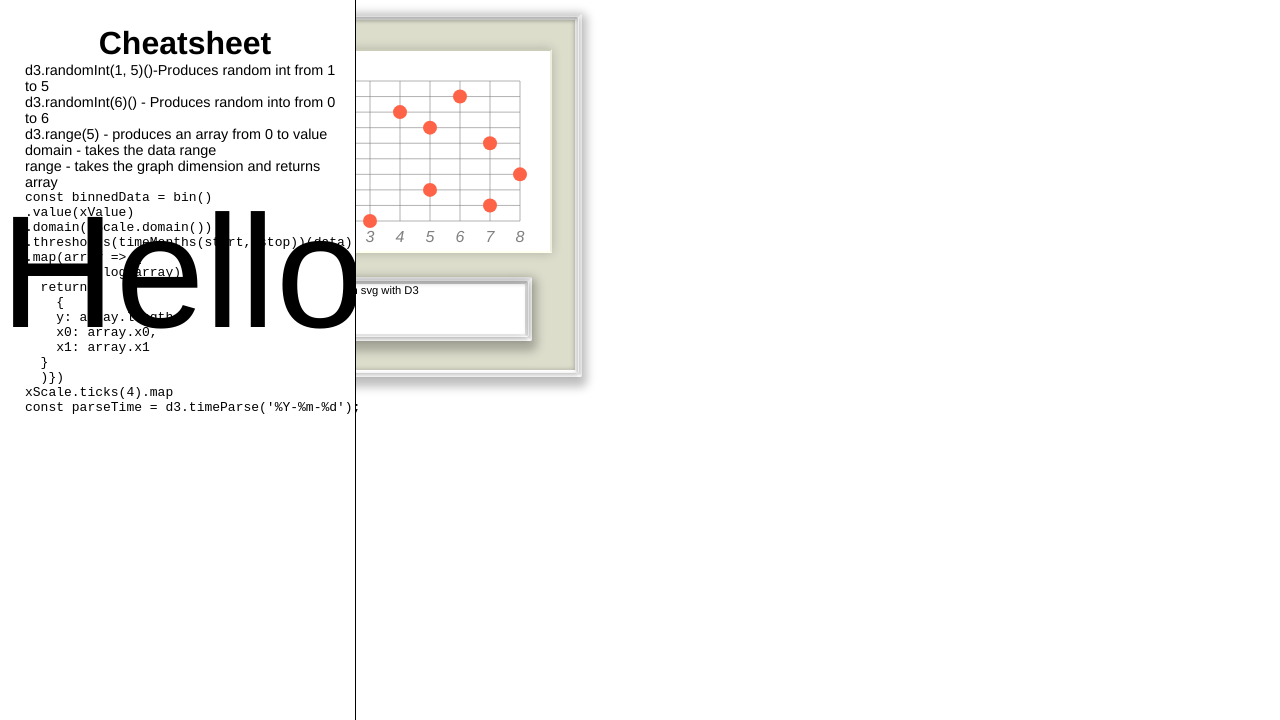
Repository: Lewisjohnward/100-days-of-d3
Page: /
An editor plug-in stored every save of this project. The page is shown before and after a run of saves, followed by the edit.
The browser window is 1280 px wide. The pictures show the whole page.
The page's requests for data from a server got no answer. An inner scrolling area shows only its first screen. The project was rebuilt for these pictures with package versions that can differ from the ones it lists, and the page was loaded fresh each time. No one was signed in, and anything a server would have sent is missing. Also part of the build but not shown: src/charts/chart2/useGetData.js, src/charts/chart2/styles.js, src/charts/chart2/Chart.js, src/charts/chart3/useGetData.js, src/charts/chart3/styles.js, src/charts/chart3/Chart.js, src/charts/chart4/useGetData.js, src/charts/chart4/styles.js and 4 more.

Above is the page before, as saved 2021-10-20 15:22:47.

### src/App.js
import styled from "styled-components";
import { Chart1, Chart2, Chart3, Chart4, Chart5 } from "./charts/index.js";
import { Hello } from "./components/HelloD3";
import { Navbar } from "./components/Navbar.js";

const BodyContainer = styled.div`
  position: relative;
  z-index: 99;
  display: flex;
  height: ${({ height }) => height}px;
  overflow: hidden;
`;

const ChartGrid = styled.div`
  width: 75%;
  display: grid;
  overflow: scroll;
  grid-template-columns: repeat(3, 400px);
  grid-template-rows: repeat(2, 400px);
  justify-content: center;
  align-items: start;
  align-content: start;
  grid-gap: 0px;
  border-left: 1px solid black;
  padding: 1%;
`;



const height = window.innerHeight;

function App() {
  return (
    <BodyContainer height={height}>
      <Hello />
      <Navbar />
      <ChartGrid>
        <Chart1 />
        <Chart2 />
        <Chart2 />
        <Chart3 />
        <Chart4 />
        <Chart5 />
      </ChartGrid>
    </BodyContainer>
  );
}

export default App;

### src/index.css
*{
    margin: 0;
    padding: 0;
}

body {
    font-family: Helvetica, "Trebuchet MS", Verdana, sans-serif;
}

### src/charts/index.js
export { Test as Chart1} from "./chart1/Chart"
export { Chart as Chart2} from "./chart2/Chart"
export { Chart as Chart3} from "./chart3/Chart"
export { Chart as Chart4} from "./chart4/Chart"
export { Chart as Chart5} from "./chart5/Chart"

### src/components/HelloD3.js
import { useState } from "react";
import styled, { keyframes } from "styled-components";

const letterAnimation = keyframes`
    0% {transform: rotate(0deg);}
    20% {transform: rotate(-45deg);}
    100% {transform: rotate(-45deg);}
`;

const TextContainer = styled.div`
  position: absolute;
  top: 25%;
  display: flex;
  font-size: 10em;

`;

const LetterContainer = styled.div`
  &.fallanimation {
    transition: transform 1s;
    transform: translateY(942px);
  }

  p {
    font-weight: ${({bold}) => bold ? 600: 300};
    &.fallanimation {
      animation: ${letterAnimation} ease-out 1s forwards;
    }
  }
`;

const word = "Hello";
const d3 = "D3"
const d3Array = d3.split("");
const wordArray = word.split("");
const height = window.innerHeight;

export const Hello = () => {
  return (
    <TextContainer>
      {wordArray.map((d) => (
        <Letter letter={d} />
      ))}
      {d3Array.map((d) => (
        <Letter letter={d} bold={true}/>
      ))}
    </TextContainer>
  );
};

const Letter = ({ letter, bold}) => {
  const [visible, setVisible] = useState(true);

  const handleMouseEnter = () => {
    setVisible((prev) => !prev);
  };

  return (
    <LetterContainer className={!visible && "fallanimation"} height={height} bold={bold}>
      <p
        className={!visible && "fallanimation"}
        onMouseEnter={() => handleMouseEnter()}
      >
        {letter}
      </p>
    </LetterContainer>
  );
};

### src/components/Navbar.js
import {useState} from "react"
import styled from "styled-components";

const NavContainer = styled.div`
  height: 100%;
  width: 25%;
  background: white;
  padding: 25px 10px 25px 25px;

  > p {
    font-size: 0.9em;
  }
`;

const Title = styled.div`
  font-size: 2em;
  font-weight: 700;
  text-align: center;
`;

const code = `const binnedData = bin()
.value(xValue)
.domain(xScale.domain())
.thresholds(timeMonths(start, stop))(data)
.map(array => {
  console.log(array)
  return (
    {
    y: array.length,
    x0: array.x0,
    x1: array.x1
  }
  )})`;

export const Navbar = () => {
    const [visible, setVisible] = useState(false)
  return (
    <NavContainer visible={visible}>
      <Title>Cheatsheet</Title>
      <p>d3.randomInt(1, 5)()-Produces random int from 1 to 5</p>
      <p>d3.randomInt(6)() - Produces random into from 0 to 6</p>
      <p>d3.range(5) - produces an array from 0 to value</p>
      <p>domain - takes the data range</p>
      <p>range - takes the graph dimension and returns array</p>
      <pre>
        <code>{code}</code>
      </pre>
      <pre>
        <code>xScale.ticks(4).map</code>
      </pre>
      <pre>
        <code>const parseTime = d3.timeParse('%Y-%m-%d');</code>
      </pre>
    </NavContainer>
  );
};

### src/charts/chart1/Chart.js
import { useState } from "react";
import { randomInt, range, scaleLinear, max } from "d3";
import {
  Frame,
  Svg,
  ChartContainer,
  Description,
  DescriptionContainer,
  Signature,
} from "./styles";

const data = range(10).map((d) => ({
  a: randomInt(10)(),
  b: d,
}));

const margin = {
  top: 30,
  right: 30,
  bottom: 30,
  left: 30,
};

const height = 200;
const width = 300;

const AxisTickOffset = 7;

const innerHeight = height - margin.top - margin.bottom;
const innerWidth = width - margin.left - margin.right;

export const Chart = () => {
  const xValue = (d) => d.a;
  const yValue = (d) => d.b;

  const xAxisScale = scaleLinear()
    .domain([0, max(data, xValue)])
    .range([0, innerWidth])
    .nice();

  const yAxisScale = scaleLinear()
    .domain([0, max(data, yValue)])
    .range([innerHeight, 0])
    .nice();

  return (
    <Frame>
      <ChartContainer>
        <Svg height={height} width={width}>
          <g transform={`translate(${margin.left}, ${margin.top})`}>
            {xAxisScale.ticks().map((tickValue) => (
              <g transform={`translate(${xAxisScale(tickValue)}, 0)`}>
                <line y2={innerHeight} stroke="black" />
                <text
                  y={innerHeight + 3 * AxisTickOffset}
                  style={{ textAnchor: "middle" }}
                >
                  {tickValue}
                </text>
              </g>
            ))}

            {yAxisScale.ticks().map((tickValue) => (
              <g transform={`translate(0, ${yAxisScale(tickValue)})`}>
                <line x2={innerWidth} stroke="black" />
                <text
                  x={-AxisTickOffset}
                  dy="0.32em"
                  style={{ textAnchor: "end" }}
                >
                  {tickValue}
                </text>
              </g>
            ))}
            {data.map(({ a, b }) => (
              <Mark x={xAxisScale(a)} y={yAxisScale(b)} r={7} />
            ))}
          </g>
        </Svg>

        <Frame small={"true"}>
          <DescriptionContainer>
            <Description>Scatter graph on svg with D3</Description>
            <Signature>09/10/21 - L Ward</Signature>
          </DescriptionContainer>
        </Frame>
      </ChartContainer>
    </Frame>
  );
};

export const Chart1= () => {
  const xValue = (d) => d.a;
  const yValue = (d) => d.b;

  const xAxisScale = scaleLinear()
    .domain([0, max(data, xValue)])
    .range([0, innerWidth])
    .nice();

  const yAxisScale = scaleLinear()
    .domain([0, max(data, yValue)])
    .range([innerHeight, 0])
    .nice();

  return (
        <Svg height={height} width={width}>
          <g transform={`translate(${margin.left}, ${margin.top})`}>
            {xAxisScale.ticks().map((tickValue) => (
              <g transform={`translate(${xAxisScale(tickValue)}, 0)`}>
                <line y2={innerHeight} stroke="black" />
                <text
                  y={innerHeight + 3 * AxisTickOffset}
                  style={{ textAnchor: "middle" }}
                >
                  {tickValue}
                </text>
              </g>
            ))}

            {yAxisScale.ticks().map((tickValue) => (
              <g transform={`translate(0, ${yAxisScale(tickValue)})`}>
                <line x2={innerWidth} stroke="black" />
                <text
                  x={-AxisTickOffset}
                  dy="0.32em"
                  style={{ textAnchor: "end" }}
                >
                  {tickValue}
                </text>
              </g>
            ))}
            {data.map(({ a, b }) => (
              <Mark x={xAxisScale(a)} y={yAxisScale(b)} r={7} />
            ))}
          </g>
        </Svg>
  );
};

const Mark = ({ x, y, r }) => {
  const [tooltipVisible, setToolTipVisible] = useState(false);

  return (
    <>
    <circle
        cx={x}
        cy={y}
        r={r}
        fill={"black"}
        onMouseEnter={() => setToolTipVisible(!tooltipVisible)}
        onMouseLeave={() => setToolTipVisible(!tooltipVisible)}
      />
      {tooltipVisible && <rect x={x + 10} y={y - 25} height={50} width={50} rx={5} />}

    </>
  );
};

export const Test = () => {
  return (
    <Frame>
    <ChartContainer>
      <Chart1 />
    <Frame small={"true"}>
          <DescriptionContainer>
          <Description>Scatter graph on svg with D3</Description>
            <Signature>09/10/21 - L Ward</Signature>
          </DescriptionContainer>
        </Frame>
      </ChartContainer>
    </Frame>
  )


}

### src/charts/chart1/styles.js
import styled from "styled-components";

export const Frame = styled.div`
  height: ${({ small }) => (small ? "50px" : "350px")};
  width: ${({ small }) => (small ? "250px" : "350px")};
  background-color: #ddc;
  border: solid 1vmin #eee;
  border-bottom-color: #fff;
  border-left-color: #eee;
  border-radius: 2px;
  border-right-color: #eee;
  border-top-color: #ddd;
  box-shadow: 0 0 5px 0 rgba(0, 0, 0, 0.25) inset,
    0 5px 10px 5px rgba(0, 0, 0, 0.25);

  position: relative;
  text-align: center;
  &:before {
    border-radius: 2px;
    bottom: -0.4vmin;
    box-shadow: 0 2px 5px 0 rgba(0, 0, 0, 0.25) inset;
    content: "";
    left: -0.4vmin;
    position: absolute;
    right: -0.4vmin;
    top: -0.4vmin;
  }
  &:after {
    border-radius: 2px;
    bottom: -0.5vmin;
    box-shadow: 0 2px 5px 0 rgba(0, 0, 0, 0.25);
    content: "";
    left: -0.5vmin;
    position: absolute;
    right: -0.5vmin;
    top: -0.5vmin;
  }
`;

export const ChartContainer = styled.div`
position: relative;
z-index: 999;
  display: flex;
  flex-direction: column;
  justify-content: space-around;
  align-items: center;
  height: 100%;
  width: 100%;
  padding: 5% 1%;
  box-sizing: border-box;
`;

export const Svg = styled.svg`
  height: ${({ height }) => height}px;
  width: ${({ width }) => width}px;
  background: white;
  box-shadow: 0px 0px 10px 0px rgba(0, 0, 0, 0.2);
  border: solid 2px;
  border-bottom-color: #ffe;
  border-left-color: #eed;
  border-right-color: #eed;
  border-top-color: #ccb;


  line {
    stroke: gray;
    opacity: 0.6;
  }

  circle {
    fill: tomato;
  }

  text {
    font-style: italic;
    fill: gray;
  }

  rect {
    stroke: tomato;
    fill: white;
  }
`;

export const DescriptionContainer = styled.div`
  box-sizing: border-box;
  display: flex;
  flex-direction: column;
  justify-content: space-between;
  width: 100%;
  height: 100%;
  box-shadow: 0px 0px 10px 0px rgba(0, 0, 0, 0.2);
  background: white;
`;

export const Description = styled.p`
  text-align: left;
  font-size: 0.7em;
`;

export const Signature = styled.p`
  text-align: left;
  font-style: italic;
  font-size: 0.6em;
`;

Loaded but not shown: public/index.html (common file); src/index.js (common file)

After the next 2 saves:
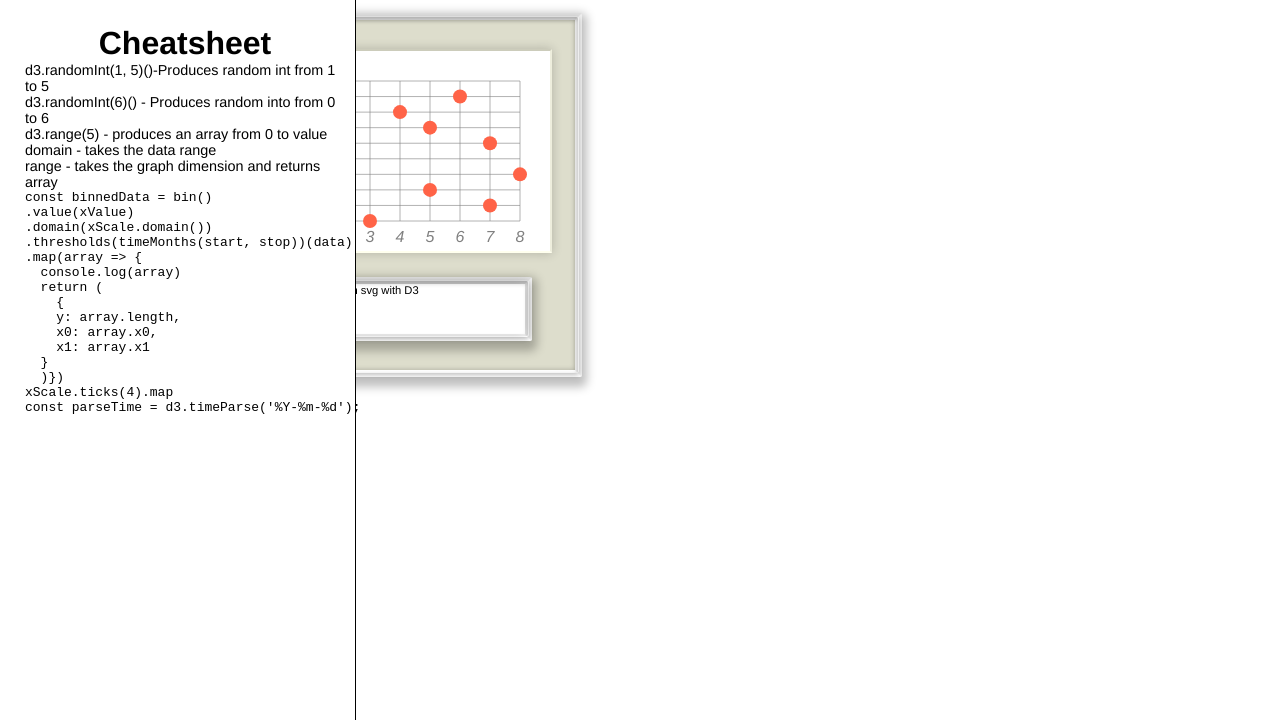
The 2 saves are shown as one change because they came seconds apart.
The last was saved 33 s later.
--- a/src/components/Navbar.js
+++ b/src/components/Navbar.js
@@ -1,7 +1,8 @@
-import {useState} from "react"
+import { useState } from "react";
 import styled from "styled-components";
 
 const NavContainer = styled.div`
+  position: relative;
   height: 100%;
   width: 25%;
   background: white;
@@ -33,7 +34,7 @@ const code = `const binnedData = bin()
   )})`;
 
 export const Navbar = () => {
-    const [visible, setVisible] = useState(false)
+  const [visible, setVisible] = useState(false);
   return (
     <NavContainer visible={visible}>
       <Title>Cheatsheet</Title>
